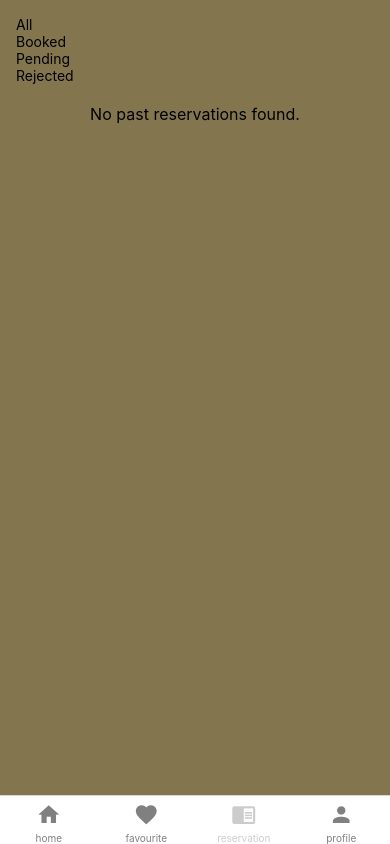
Repository: TemoshoS/restaurant-app
Screen: /reservation
An editor plug-in stored every save of this project. The screen is shown before and after a run of saves, followed by the edit.
The page's requests for data from a server got no answer. The app was drawn by React Native's web renderer in a window 390 px wide. The project was rebuilt for these pictures with package versions that can differ from the ones it lists, and the page was loaded fresh each time. No one was signed in, and anything a server would have sent is missing. Also part of the build but not shown: Screens/LoginScreen.js, Screens/RegisterScreen.js, components/navbar.js, components/search.js, Screens/RestaurantScreen.js, Screens/RestaurantDetailsScreen.js, Screens/MenuScreen.js, Screens/ReservationScreen.js and 5 more.

Above is the screen before, as saved 2024-01-04 12:00:16.

After the next 2 saves:
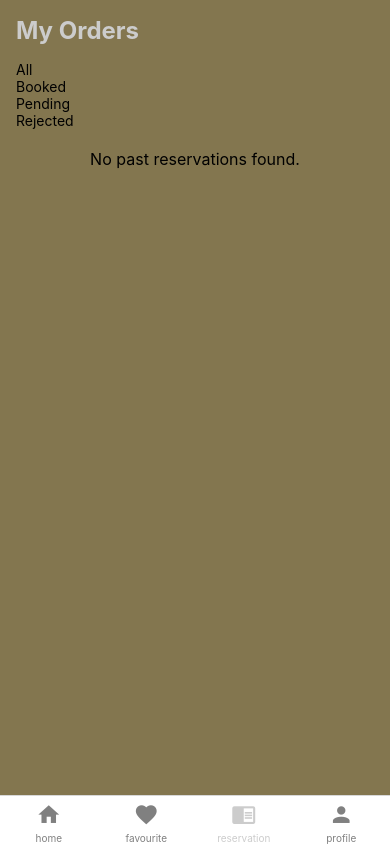
The 2 saves are shown as one change because they came seconds apart.
The last was saved 8 s later.
--- a/Screens/PastReserevationScreen.js
+++ b/Screens/PastReserevationScreen.js
@@ -48,6 +48,7 @@ const PastReservationScreen = ({ pastReservations, fetchPastReservations }) => {
 
   return (
     <ScrollView style={styles.container}>
+      <Text style={styles.title}>My Orders</Text>
     <View style={styles.filterButtonsContainer}>
       <TouchableOpacity
         style={styles.filterButton}
